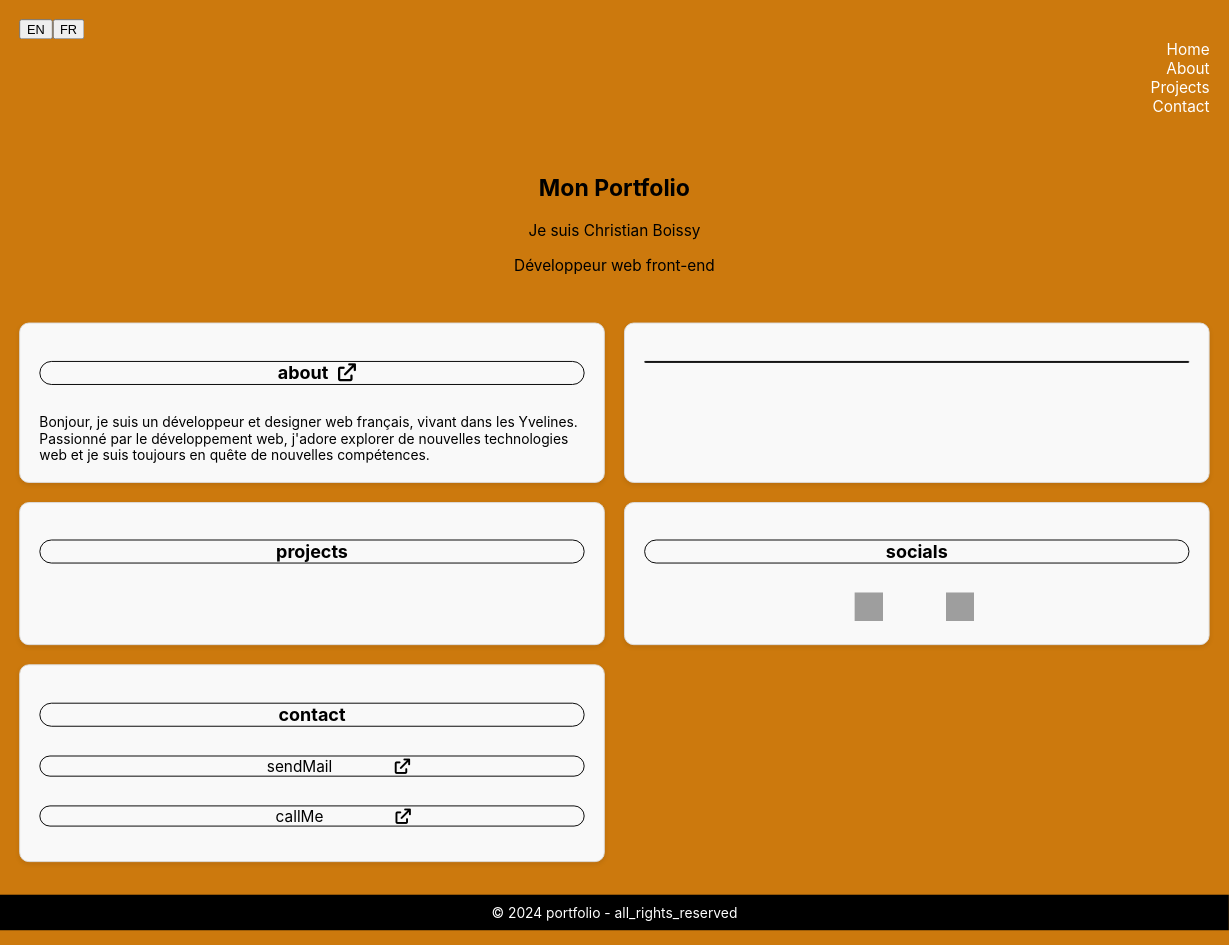
Repository: Christian121966/mon-portfolio
Page: /
The author's editor kept a copy of each file at every save. The page is drawn from the files as they stood at one save, then again after the next save.
The browser window is 1280 px wide. The pictures show the whole page, at 96% of full size.
Pictures or frames that could not be fetched are drawn as grey boxes. The project was rebuilt for these pictures with package versions that can differ from the ones it lists, and the page was loaded fresh each time. Also part of the build but not shown: src/pages/AboutPage/AboutPage.scss, src/pages/AboutPage/AboutPage.js, src/pages/ProjectsPage/ProjectsPage.js, src/pages/ContactPage/ContactPage.js. Imported but missing from the stored project, and not drawn on this page: src/i18next.

Above is the page before, as saved 2024-07-24 16:28:28.

### src/index.js
import React from 'react';
import ReactDOM from 'react-dom/client';
import '../src/index.css';
import App from './App';
import '../src/i18next';
import reportWebVitals from './reportWebVitals';

const root = ReactDOM.createRoot(document.getElementById('root'));
root.render(
  <React.StrictMode>
    <App />
  </React.StrictMode>
);

// If you want to start measuring performance in your app, pass a function
// to log results (for example: reportWebVitals(console.log))
// or send to an analytics endpoint. Learn more: https://bit.ly/CRA-vitals
reportWebVitals();

### src/App.js
import React from 'react';
import { BrowserRouter as Router, Route, Routes } from 'react-router-dom';
import HomePage from '../src/pages/HomePage/HomePage';
import AboutPage from '../src/pages/AboutPage/AboutPage';
import ProjectsPage from '../src/pages/ProjectsPage/ProjectsPage';
import ContactPage from './pages/ContactPage/ContactPage';
import Header from '../src/components/Header/Header';
import Footer from '../src/components/Footer/Footer';

function App() {
  return (
    <Router>
      <Header />
      <Routes>
      <Route path="/" element={<HomePage />} />
        <Route path="/about" element={<AboutPage />} />
        <Route path="/projects" element={<ProjectsPage />} />
        <Route path="/contact" element={<ContactPage />} />
      </Routes>
      <Footer />
    </Router>
  );
}

export default App;

### src/pages/HomePage/HomePage.js
// src/pages/HomePage.js
import React, { useState, useEffect } from 'react';
import { useTranslation } from 'react-i18next';



import './HomePage.scss';

const HomePage = () => {
  const [phoneNumberVisible, setPhoneNumberVisible] = useState(false);
  const { t } = useTranslation();

  useEffect(() => {
    if (phoneNumberVisible) {
      const timer = setTimeout(() => {
        setPhoneNumberVisible(false);
      }, 10000);

      return () => clearTimeout(timer);
    }
  }, [phoneNumberVisible]);

  const showPhoneNumber = (event) => {
    event.preventDefault();
    setPhoneNumberVisible(true);
  };

  return (
    <div className="homepage">
      <h2>{t('Mon Portfolio')}</h2>
      <span className='homepage__name'>{t('Je suis Christian Boissy')}</span>
      <p className="homepage__profession">{t('Développeur web front-end')}</p>
      <div className="homepage__cards">
        <div className="card">
          <h3>
            {t('about')}
            <a href="/about" className="propos__link">
              <i className="fa-solid fa-arrow-up-right-from-square"></i>
            </a>
          </h3>
          <span className='propos'>
            Bonjour, je suis un développeur et designer web français, vivant dans les Yvelines. Passionné par le développement web, j'adore explorer de nouvelles technologies web et je suis toujours en quête de nouvelles compétences.
          </span>
        </div>
        <div className="card">
          <h3>{t('')}</h3>
        </div>
        <div className="card">
          <h3>{t('projects')}</h3>
        </div>
        <div className="card">
          <h3>{t('socials')}</h3>
          <a href="https://github.com/votre-profil" target="_blank" rel="noopener noreferrer">
            <img className='github' width="30" height="30" src="https://img.icons8.com/ios-glyphs/30/github.png" alt="github"/>
          </a>
          <a href="https://www.linkedin.com/in/votre-profil" target="_blank" rel="noopener noreferrer">
            <img className='linkedin' width="30" height="30" src="https://img.icons8.com/ios-glyphs/30/linkedin.png" alt="linkedin"/>
          </a>
        </div>
        <div className="card">
          <h3>{t('contact')}</h3>
          <p className='mail'>
            {t('sendMail')}
            <a href="mailto:boissychristian@gmail.com" className="contact__link">
              <i className="fa-solid fa-arrow-up-right-from-square"></i>
            </a>
          </p>
          <p className='phone'>
            {t('callMe')}
            <button className="contact_phone__link" onClick={showPhoneNumber}>
              <i className="fa-solid fa-arrow-up-right-from-square"></i>
            </button>
          </p>
          {phoneNumberVisible && (
            <p id="phone">
              0669311966
            </p>
          )}
        </div>
      </div>
    </div>
  );
};

export default HomePage;

### src/components/Header/Header.js
// src/components/Header/Header.js
import React from 'react';
import { useTranslation } from 'react-i18next';
import '../Header/Header.scss';

function Header() {
  const { i18n } = useTranslation();

  const changeLanguage = (lng) => {
    if (i18n && typeof i18n.changeLanguage === 'function') {
      i18n.changeLanguage(lng);
    } else {
      console.error('i18n.changeLanguage is not a function');
    }
  };


  return (
    <header className="header">
      <div className="header__language-buttons">
        <button onClick={() => changeLanguage('en')}>EN</button>
        <button onClick={() => changeLanguage('fr')}>FR</button>
      </div>
      <nav className="header__nav">
        <a href="/" className="header__link">Home</a>
        <a href="/about" className="header__link">About</a>
        <a href="/projects" className="header__link">Projects</a>
        <a href="/contact" className="header__link">Contact</a>
      </nav>
    </header>
  );
}

export default Header;

### src/components/Footer/Footer.js
// src/components/Footer/Footer.js
import React from 'react';
import { useTranslation } from 'react-i18next';
import '../../components/Footer/Footer.scss';

function Footer() {
  const { t } = useTranslation();

  return (
    <footer>
      <p className="footer__text">© 2024 {t('portfolio')} - {t('all_rights_reserved')}</p>
    </footer>
  );
}

export default Footer;

### src/pages/HomePage/HomePage.scss
@import '../../styles/abstracts/variables';
@import '../../styles/abstracts/mixins';

// src/pages/HomePage.scss

.homepage {
    padding: 20px;

    h2 {
      text-align: center;
    }

    .homepage__name {
      display: flex;
      justify-content: center;
      align-items: center;
    }

    .homepage__profession {
      display: flex;
      justify-content: center;
      align-items: center;
      margin-bottom: 50px;
    }

    .homepage__cards {
      display: grid;
      grid-template-columns: 1fr 1fr;
      gap: 20px;
      margin-top: 20px;

      @media (max-width: 768px) {
        grid-template-columns: 1fr;
      }

      .card {
        background-color: #f9f9f9;
        border: 1px solid #ddd;
        border-radius: 10px;
        padding: 20px;
        box-shadow: 0 2px 5px rgba(0, 0, 0, 0.1);
        text-align: center;

        h3 {
          margin-bottom: 30px;
          border: 1px solid #000;
          border-radius: 35px;
        }

        a.propos__link {
          text-decoration: none;
          color: #000;
        }

        .fa-solid.fa-arrow-up-right-from-square {
          position: relative;
          left: 10px;
          cursor: pointer;
        }

        .propos {
          font-size: 0.9rem;
          text-align: left;
          display: flex;
        }
      }
    }

        .github {
            position: relative;
            left: -35px;
            cursor: pointer;
        }

        .linkedin {
            position: relative;
            left: 30px;
            cursor: pointer;
        }

        .mail {
            border: 1px solid #000;
            border-radius: 35px;
            margin-bottom: 30px;

            .contact__link {
                position: relative;
                left: 45px;
                color: #000;
                cursor: pointer;
            }
        }

        .phone {
            border: 1px solid #000;
            border-radius: 35px;

            .contact_phone__link {
                position: relative;
                left: 55px;
                color: #000;
                cursor: pointer;
            }
        }

        .contact__link, .contact_phone__link {
            margin-left: 10px;
            color: inherit;
            text-decoration: none;
        }

        .contact_phone__link {
            background: none;
            border: none;
            color: inherit;
            font: inherit;
            cursor: pointer;
            display: inline;
            padding: 0;
        }

    }

### src/components/Header/Header.scss
// src/styles/components/_header.scss
@import '../../styles/abstracts/variables';
@import '../../styles/abstracts/mixins';

.header {
  //background-color: $primary-color;
  padding: 20px;

  &__nav {
    display: flex;
    flex-direction: column;
    justify-content: end;
    align-items: end;
  }

  &__link {
    color: white;
    text-decoration: none;

    &:hover {
      text-decoration: underline;
    }
  }

  /* src/components/Header/Header.scss */

.header__language-buttons {
  display: flex;
  align-items: center;
}

.control__lang {
  display: flex;
  align-items: center;
  background-color: #007bff;
  color: #ffffff;
  border: none;
  border-radius: 5px;
  padding: 8px 16px;
  cursor: pointer;
  position: relative;
  font-size: 16px;
  outline: none;
}

.control__lang_side {
  margin: 0 8px;
}

.control__lang_switch {
  position: absolute;
  top: 50%;
  left: 50%;
  transform: translate(-50%, -50%);
  background-color: #ffffff;
  border-radius: 50%;
  width: 24px;
  height: 24px;
  transition: transform 0.3s ease;
}

.control__lang[aria-checked="true"] .control__lang_switch {
  transform: translate(calc(-50% + 100%), -50%);
}

.control__lang_switch span {
  display: block;
  width: 100%;
  height: 100%;
}

}

### src/components/Footer/Footer.scss
@import '../../styles/abstracts/variables';
@import '../../styles/abstracts/mixins';

p.footer__text {
    color: white;
    text-align: center;
    padding: 10px;
    background-color: $primary-color;
    @include flex-center;
    font-size: 0.9rem;
}

### src/styles/abstracts/_variables.scss
// src/styles/abstracts/_variables.scss

// Couleurs
$primary-color: #000;
$secondary-color: #2ecc71;
$tertiary-color: #3498db;;
$font-color: #333;
$background-color: #f5f5f5;

// Fonts
$font-stack: 'Helvetica, sans-serif';

// Autres variables
$border-radius: 5px;

### src/styles/abstracts/_mixins.scss
// src/styles/abstracts/_mixins.scss

@mixin flex-center {
    display: flex;
    justify-content: center;
    align-items: center;
  }

  @mixin responsive-font-size($size) {
    font-size: $size;

    @media (max-width: 600px) {
      font-size: $size * 0.8;
    }
  }

Loaded but not shown: public/index.html (common file); src/index.css (common file); src/reportWebVitals.js (common file)

After the next save:
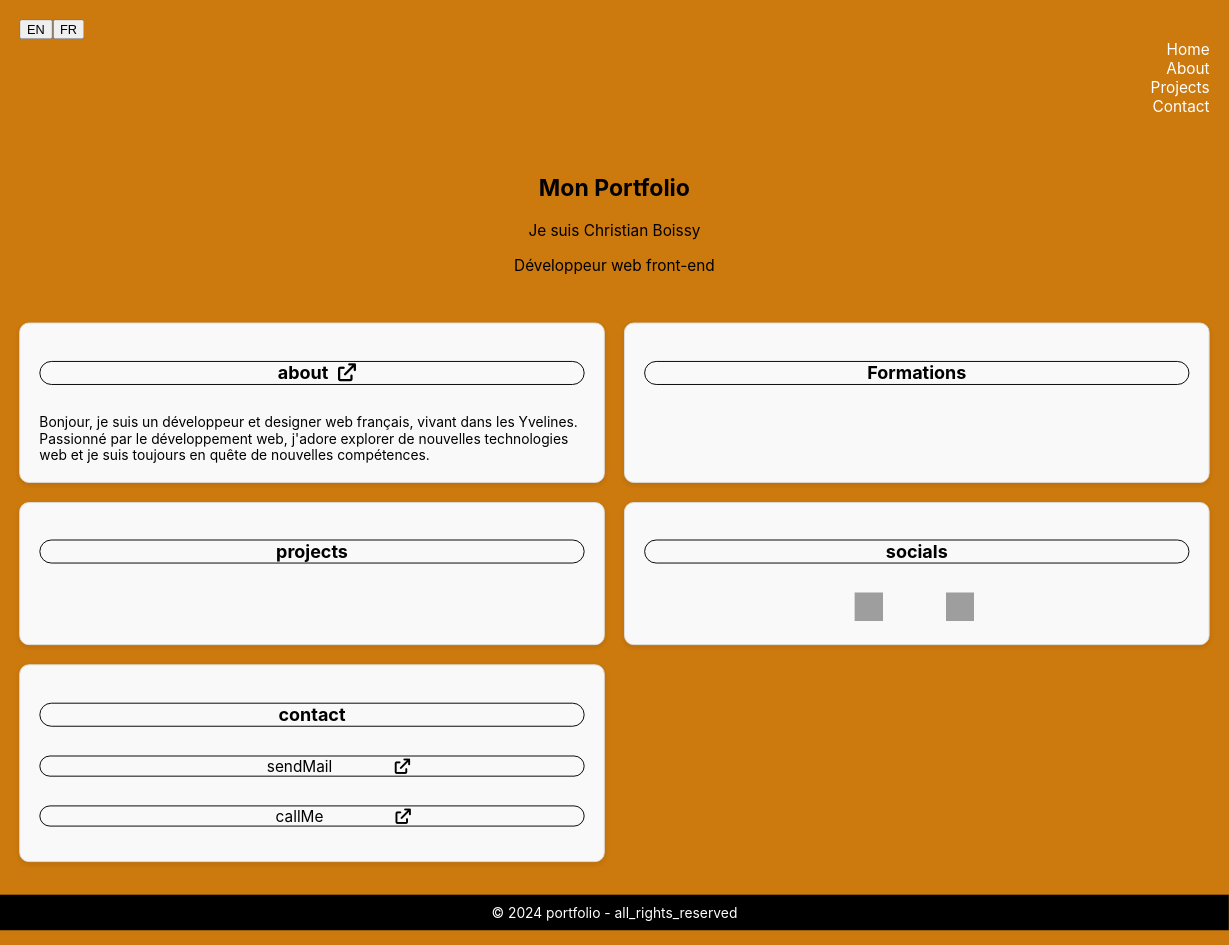
Saved 5 s later.
--- a/src/pages/HomePage/HomePage.js
+++ b/src/pages/HomePage/HomePage.js
@@ -43,7 +43,7 @@ const HomePage = () => {
           </span>
         </div>
         <div className="card">
-          <h3>{t('')}</h3>
+          <h3>{t('Formations')}</h3>
         </div>
         <div className="card">
           <h3>{t('projects')}</h3>
